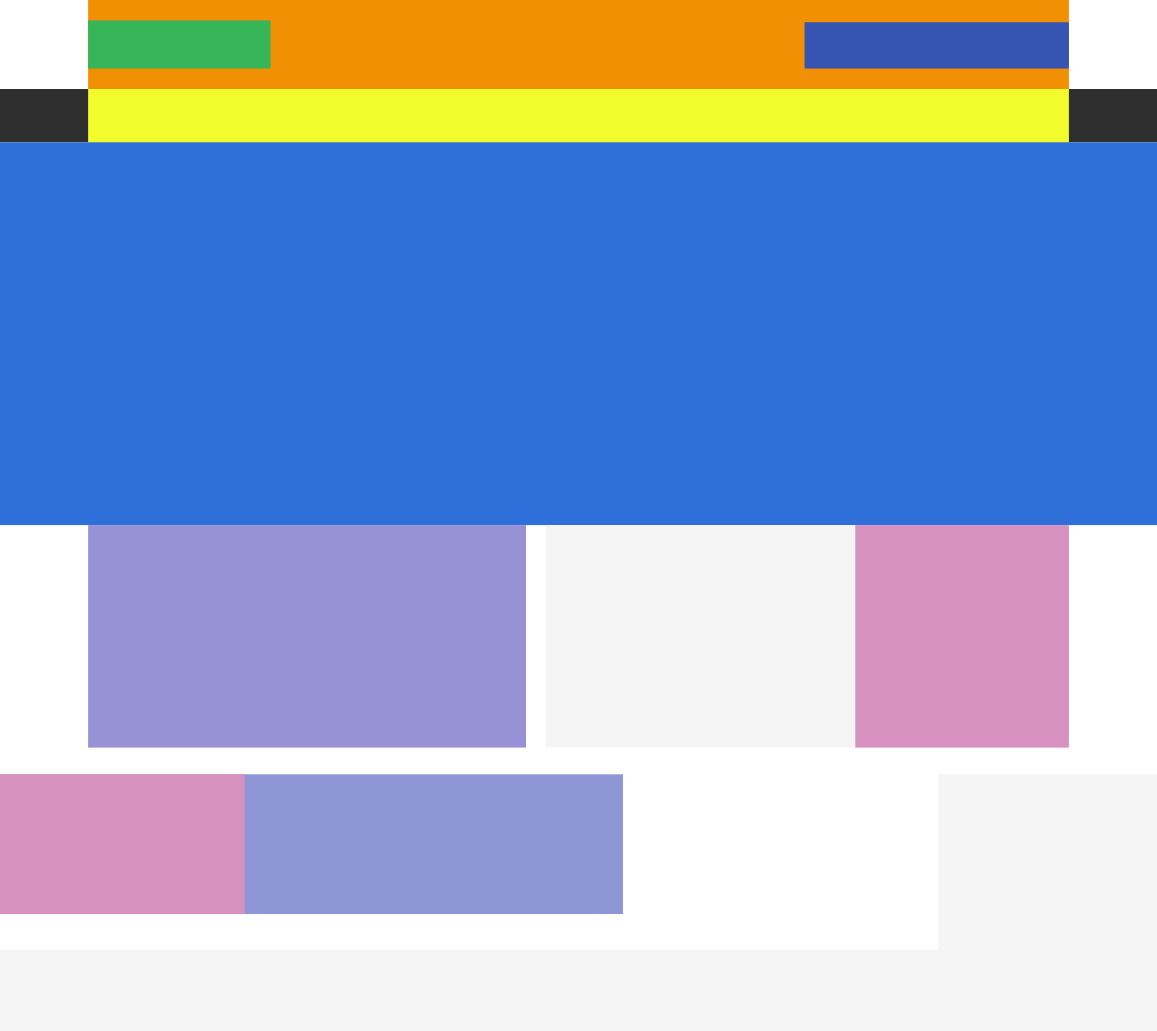
Repository: A1LExX/H5_study_set
Page: day04/扣丁.html
The author's editor kept a copy of each file at every save. The page is drawn from the files as they stood at one save, then again after the next save.
The browser window is 1280 px wide. The page is 1300 px wide, so the pictures cover 1300 px, including what lies to the right of the window. The pictures show the whole page, at 89% of full size.

Above is the page before, as saved 2021-06-24 20:29:55.

After the next save:
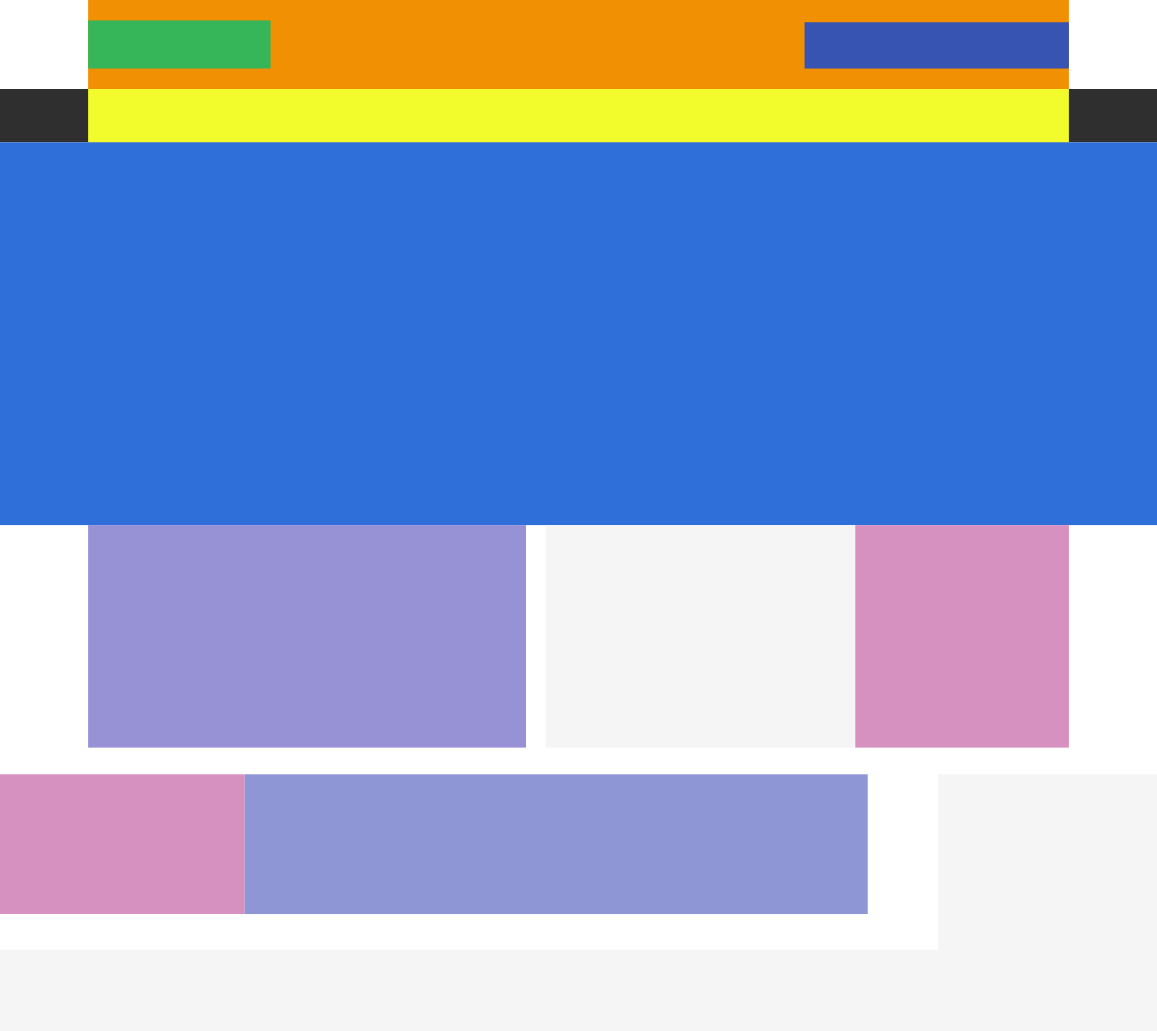
Saved 8 s later.
--- a/day04/css/codingke.css
+++ b/day04/css/codingke.css
@@ -2,7 +2,7 @@
  * @author [Alex Wei]
  * @email [w2262196@outlook.com]
  * @create date 2021-06-24 13:00:50
- * @modify date 2021-06-24 20:29:55
+ * @modify date 2021-06-24 20:30:03
  * @desc [description]
  */
 *{
@@ -99,4 +99,5 @@
     width: 700px;
     height: 157px;
     background: #8f96d5;
+    float: left;
 }
